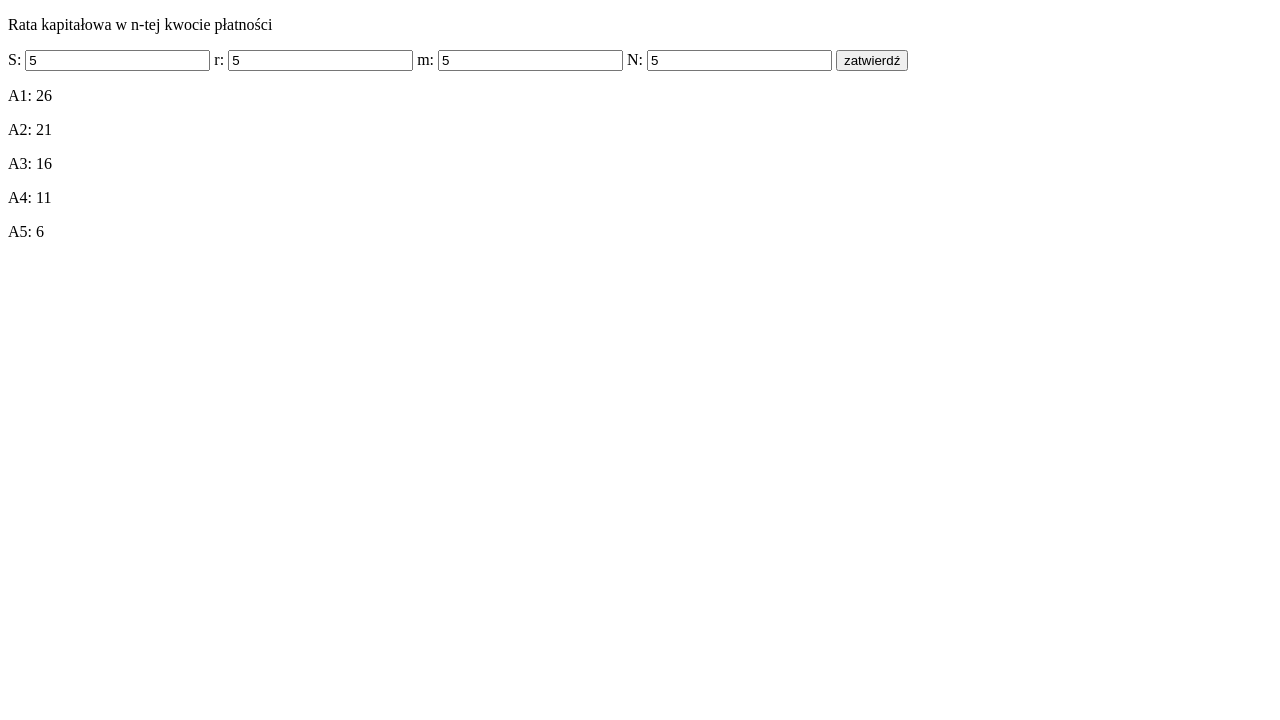
Repository: ravkita/MFCalc
Page: index.html
An editor plug-in stored every save of this project. The page is shown before and after the next save, followed by the edit.
The browser window is 1280 px wide. The pictures show the whole page.
Empty fields were first filled with sample values (such as "Sample", 5 or name@example.com).
After loading, the first visible `#confirm` was clicked once.

Above is the page before, as saved 2021-04-12 17:26:57.

### index.html
<!DOCTYPE html>
<html lang="en">
<head>
    <meta charset="UTF-8">
    <meta http-equiv="X-UA-Compatible" content="IE=edge">
    <meta name="viewport" content="width=device-width, initial-scale=1.0">
    <title>Kalkulator</title>
</head>
<body>
    <p class="title">Rata kapitałowa w n-tej kwocie płatności </p>
    <form action="" id="rata">
        <label for="S">S:</label> <input type="number" name="S" class="s">
        <label for="r">r:</label> <input type="number" name="r" class="r">
        <label for="m">m:</label> <input type="number" name="m" class="m">
        <label for="N">N:</label> <input type="number" name="N" class="N">
        <input type="button" name="confirm" id="confirm" value="zatwierdź">
    </form>
    <div class="result">

    </div>
    <script type="text/javascript">
        let s;
        let r;
        let m;
        let N;
        let q;
        function rataZmienna(){
            let tn = [];
                for(let i = 1; i<=N; i++){
                    const el = document.createElement("p");
                    tn[i-1] = s*((Math.pow(q, i) - Math.pow(q, i-1))/(Math.pow(q, m*N) - 1));
                    el.innerText = `T${i}: ${tn[i-1]}`;
                    document.querySelector('.result').appendChild(el);
                }
        }
        function kwotaPlatnosciStala(){
            const el = document.createElement("p");
            let a = s*Math.pow(q, m*N)*((q-1)/(Math.pow(q, m*N)-1));
            el.innerText = `A: ${a}`;
            document.querySelector('.result').appendChild(el);
        }
        function kwotaPlatnosciZmienna(){
            for(let i = 1; i<=N; i++){
                const el = document.createElement("p");
                let an = (s/N)*[1+(N-i+1)*r];
                el.innerText = `A${i}: ${an}`;
                document.querySelector('.result').appendChild(el);
            }
        }
        function getData(){
            document.getElementById('confirm').addEventListener('click', (e) =>{
                s = document.querySelector('.s').value;
                r = document.querySelector('.r').value;
                m = document.querySelector('.m').value;
                N = document.querySelector('.N').value;
                q = 1+(r/m);
                // rataZmienna();
                // kwotaPlatnosciStala();
                kwotaPlatnosciZmienna();
            });
        }
        getData();
    </script>
</body>
</html>

After the next save:
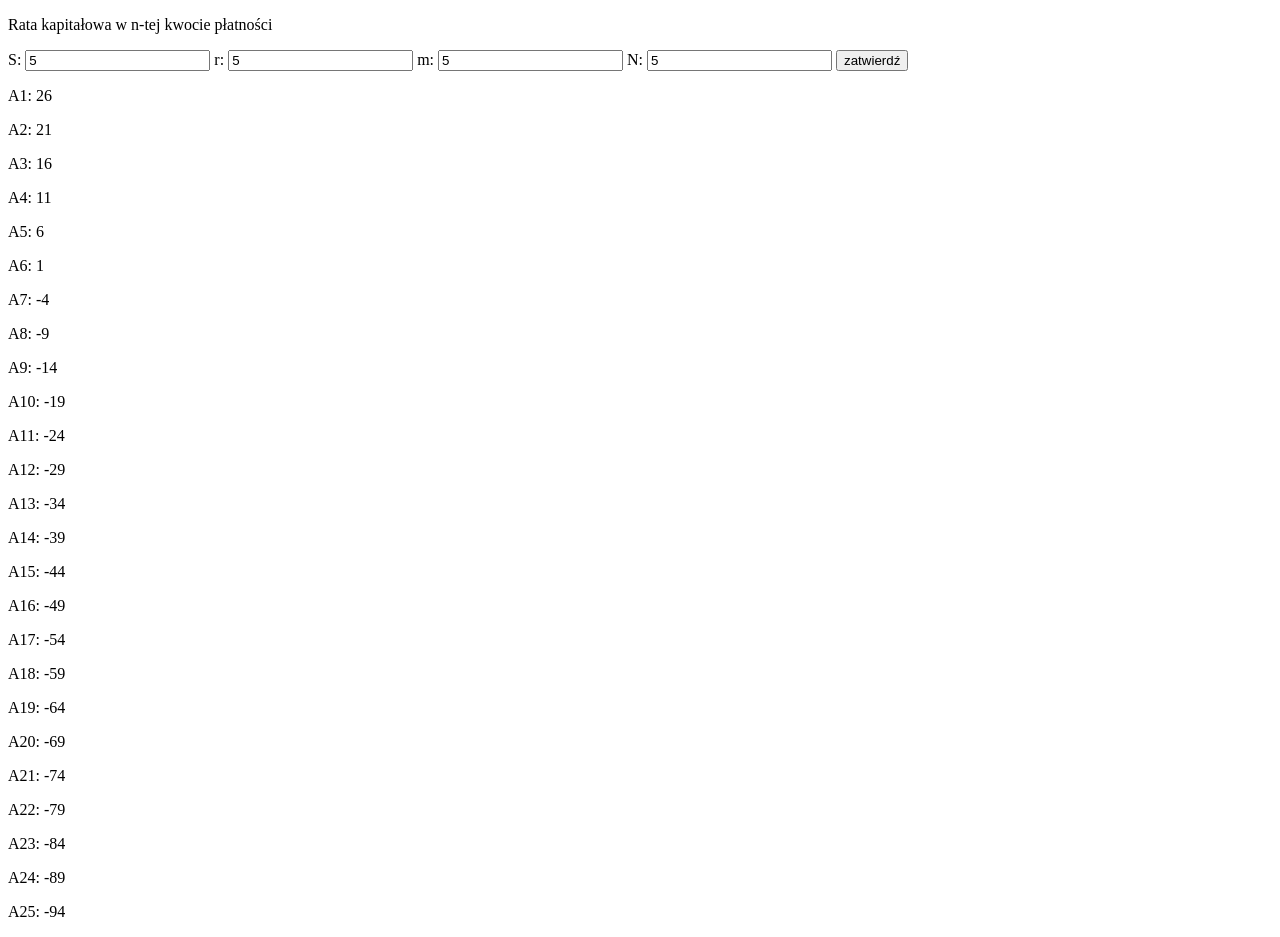
Saved 63 s later.
--- a/index.html
+++ b/index.html
@@ -40,7 +40,7 @@
             document.querySelector('.result').appendChild(el);
         }
         function kwotaPlatnosciZmienna(){
-            for(let i = 1; i<=N; i++){
+            for(let i = 1; i<=N*m; i++){
                 const el = document.createElement("p");
                 let an = (s/N)*[1+(N-i+1)*r];
                 el.innerText = `A${i}: ${an}`;
